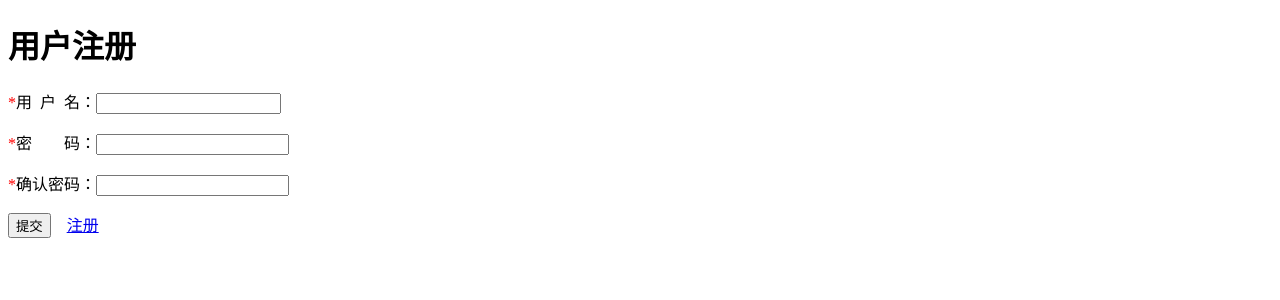
Repository: Nicoleqwerty/2018-
Page: web/hw3/WebContent/register.html
These files come from the project's save history. The page is drawn as it stood at one moment and after the next save; the edit follows.
The browser window is 1280 px wide. The pictures show the whole page.

Above is the page before, as saved 2018-07-03 11:43:23.

### web/hw3/WebContent/register.html
<!DOCTYPE html>
<html>
<head>
<meta charset="UTF-8">
<title>Insert title here</title>
</head>
<body>
	<h1>用户注册</h1>
	<form action="RegisterServlet" method="post">
		<p align="left">
			 <span style="color:red">*</span>用&nbsp;&nbsp;户&nbsp;&nbsp;名：<input name="uname" type="text" size=20>
		</p>
		<p align="left">
			 <span style="color:red">*</span>密&nbsp;&nbsp;&nbsp;&nbsp;&nbsp;&nbsp;&nbsp;&nbsp;码：<input name="mm" type="password" size=21>
		</p>
		<p align="left">
			 <span style="color:red">*</span>确认密码：<input name="qrmm" type="password" size=21>
		</p>
		<input type="submit" value="提交"> &nbsp;&nbsp;&nbsp;<a href="register.html">注册</a>
	</form>
</body>
</html>

After the next save:
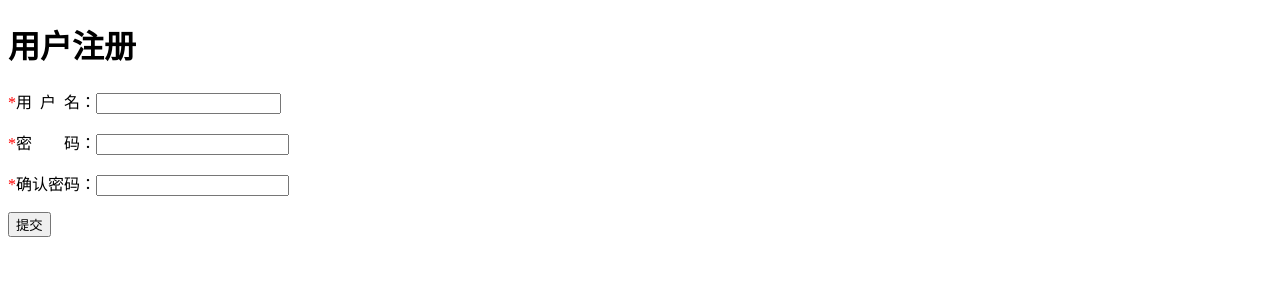
Saved 27 s later.
--- a/web/hw3/WebContent/register.html
+++ b/web/hw3/WebContent/register.html
@@ -16,7 +16,7 @@
 		<p align="left">
 			 <span style="color:red">*</span>确认密码：<input name="qrmm" type="password" size=21>
 		</p>
-		<input type="submit" value="提交"> &nbsp;&nbsp;&nbsp;<a href="register.html">注册</a>
+		<input type="submit" value="提交">
 	</form>
 </body>
 </html>
